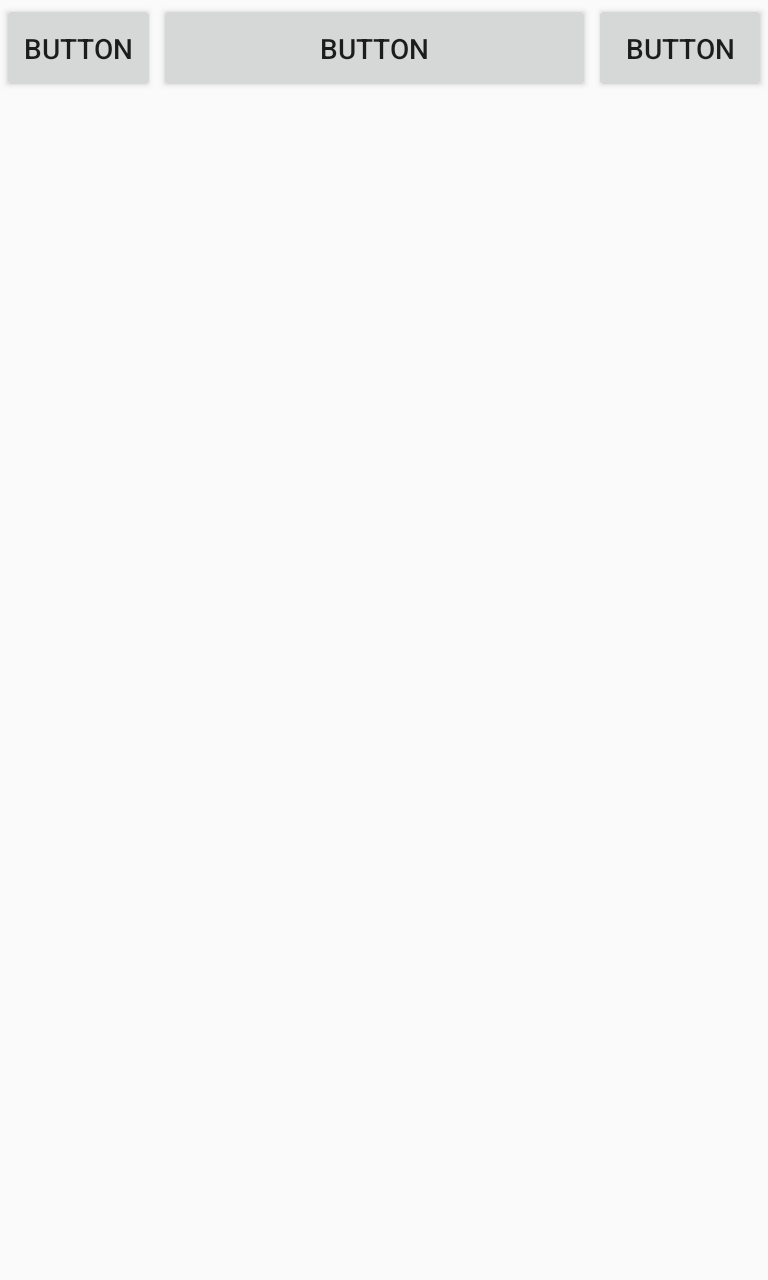
Repository: PaulAlfred/Android_Exercises
Layout: MoreLayouts/res/layout/relative_layout_duplicate.xml
The author's editor kept a copy of each file at every save. The layout is drawn from the files as they stood at one save, then again after the next save.
It is drawn on a 768 x 1280 px phone screen (xhdpi) without system bars, with theme AppTheme; the app's code is not run.

Above is the layout before, as saved 2014-10-27 01:00:43.

### MoreLayouts/res/layout/relative_layout_duplicate.xml
<?xml version="1.0" encoding="utf-8"?>
<RelativeLayout xmlns:android="http://schemas.android.com/apk/res/android"
    android:layout_width="match_parent"
    android:layout_height="match_parent" >

    <Button
        android:id="@+id/button1"
        style="?android:attr/buttonStyleSmall"
        android:layout_width="wrap_content"
        android:layout_height="wrap_content"
        android:layout_alignParentLeft="true"
        android:text="Button" />

    <Button
        android:id="@+id/button2"
        android:layout_width="wrap_content"
        android:layout_height="wrap_content"
        android:layout_toLeftOf="@id/button3"
        android:layout_toRightOf="@id/button1"
        android:text="Button" />

    <Button
        android:id="@+id/button3"
        android:layout_width="wrap_content"
        android:layout_height="wrap_content"
        android:layout_alignParentRight="true"
        android:text="Button" />

</RelativeLayout>

Loaded but not shown: MoreLayouts/res/values/styles.xml (common file); MoreLayouts/res/values-v11/styles.xml (common file); MoreLayouts/res/values-v14/styles.xml (common file)

After the next save:
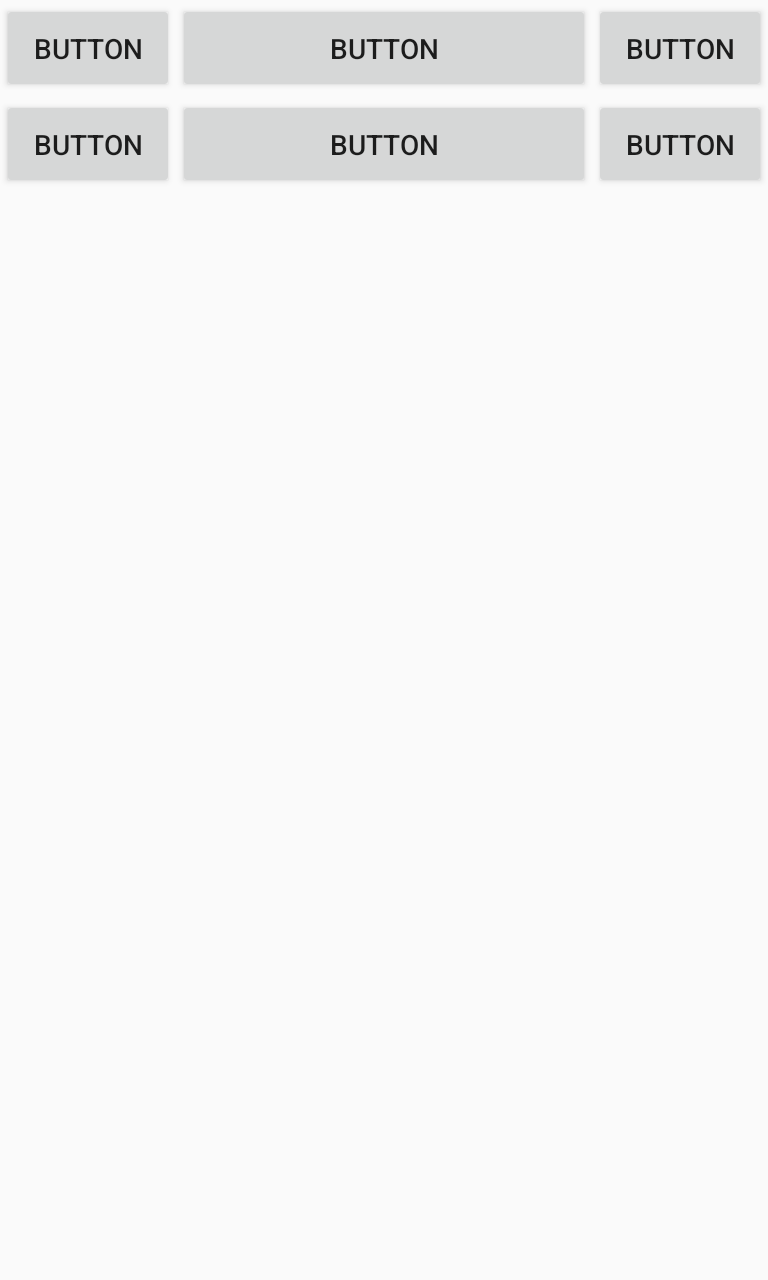
Saved 17 min 41 s later.
--- a/MoreLayouts/res/layout/relative_layout_duplicate.xml
+++ b/MoreLayouts/res/layout/relative_layout_duplicate.xml
@@ -9,6 +9,7 @@
         android:layout_width="wrap_content"
         android:layout_height="wrap_content"
         android:layout_alignParentLeft="true"
+        android:layout_toLeftOf="@+id/button5"
         android:text="Button" />
 
     <Button
@@ -26,4 +27,29 @@
         android:layout_alignParentRight="true"
         android:text="Button" />
 
+    <Button
+        android:id="@+id/button4"
+        android:layout_width="wrap_content"
+        android:layout_height="wrap_content"
+        android:layout_alignParentLeft="true"
+        android:layout_below="@id/button1"
+        android:text="Button" />
+
+    <Button
+        android:id="@+id/button5"
+        android:layout_width="wrap_content"
+        android:layout_height="wrap_content"
+        android:layout_below="@id/button2"
+        android:layout_toLeftOf="@id/button6"
+        android:layout_toRightOf="@id/button4"
+        android:text="Button" />
+
+    <Button
+        android:id="@+id/button6"
+        android:layout_width="wrap_content"
+        android:layout_height="wrap_content"
+        android:layout_alignParentRight="true"
+        android:layout_below="@id/button3"
+        android:text="Button" />
+
 </RelativeLayout>
